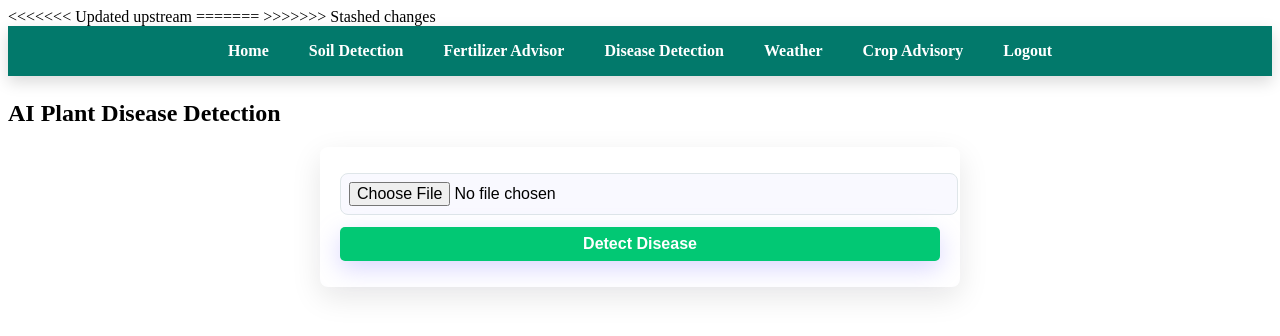
Repository: VanojReddySingam/Deepgreen
Page: http://localhost/disease_detection.php
The author's editor kept a copy of each file at every save. The page is drawn from the files as they stood at one save, then again after the next save.
The browser window is 1280 px wide. The pictures show the whole page.
The page is run by PHP 8.4 with error messages shown; the project is at /var/www/html/.

Above is the page before, as saved 2025-09-06 20:37:50.

After the next save:
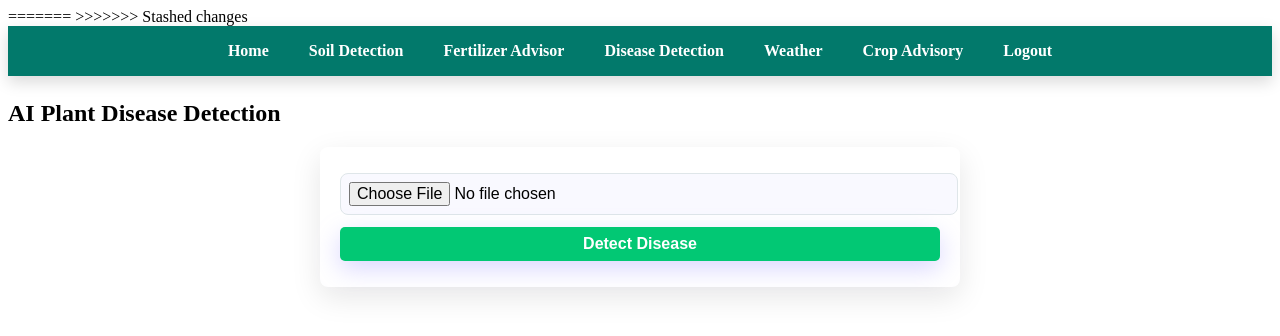
Saved 73 s later.
--- a/disease_detection.php
+++ b/disease_detection.php
@@ -5,7 +5,7 @@
   <link rel="stylesheet" href="style.css">
   <script src="script.js"></script>
   <link href="https://fonts.googleapis.com/css2?family=Poppins:wght@400;600;700&display=swap" rel="stylesheet">
-<<<<<<< Updated upstream
+
 
 =======
 >>>>>>> Stashed changes
